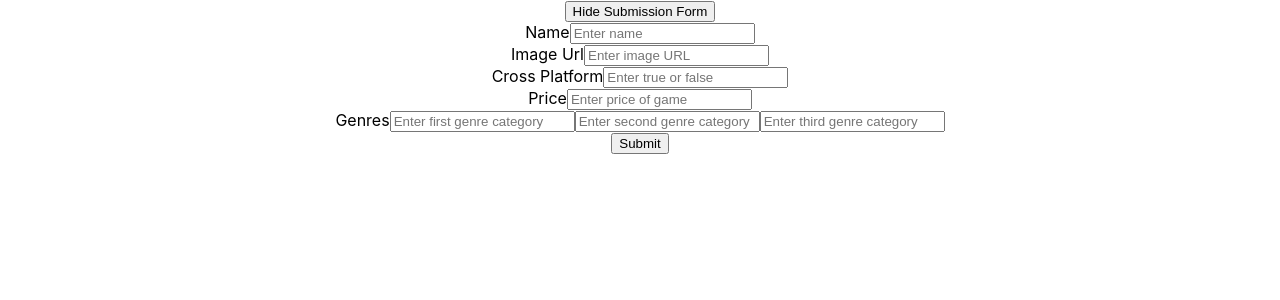
Repository: The-Software-Guild/assessment-2-react-nj10deadend
Page: / (app in Part-2/React-section/frontend/), after clicking the first element matching `button`
The author's editor kept a copy of each file at every save. The page is drawn from the files as they stood at one save, then again after the next save.
The browser window is 1280 px wide. The pictures show the whole page.
The page's requests for data from a server got no answer. The project was rebuilt for these pictures with package versions that can differ from the ones it lists, and the page was loaded fresh each time. No one was signed in, and anything a server would have sent is missing. Also part of the build but not shown: Part-2/React-section/frontend/src/components/GameCards.js.

Above is the page before, as saved 2021-12-19 10:55:48.

After the next save:
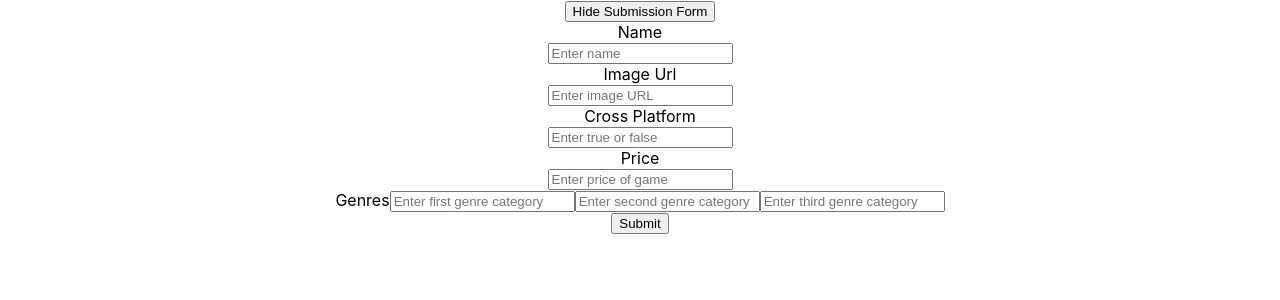
Saved 36 s later.
--- a/Part-2/React-section/frontend/src/components/AddGameForm.js
+++ b/Part-2/React-section/frontend/src/components/AddGameForm.js
@@ -17,18 +17,22 @@ function AddGameForm () {
                 <form>
                     <div>
                         <label for="name">Name</label>
+                        <br></br>
                         <input type="text" name="name" placeholder="Enter name" id="name" />
                     </div>
                     <div>
                         <label for="img">Image Url</label>
+                        <br></br>
                         <input type="text" name="img" placeholder="Enter image URL" id="img" />
                     </div>
                     <div>
                         <label for="cross platform">Cross Platform</label>
+                        <br></br>
                         <input type="text" name="cross platform" placeholder="Enter true or false" id="cross_platform" />
                     </div>
                     <div>
                         <label for="price">Price</label>
+                        <br></br>
                         <input type="text" name="price" placeholder="Enter price of game" id="price" />
                     </div>
                     <div>
